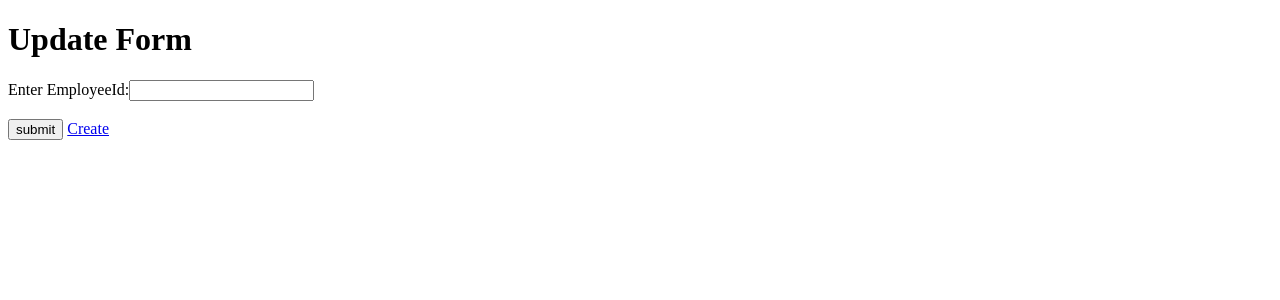
Repository: Mayank-yadav/All-Practise-Codes
Page: http://localhost/jspcrud/Update.jsp
These files come from the project's save history. The page is drawn as it stood at one moment and after the next save; the edit follows.
The browser window is 1280 px wide. The pictures show the whole page.
The page is served by Tomcat 9. Other server files are loaded and not shown.

Above is the page before, as saved 2015-11-30 12:22:49.

### jsp_workspace/jspcrud/WebContent/Update.jsp
<%@ page language="java" contentType="text/html; charset=ISO-8859-1"
    pageEncoding="ISO-8859-1"%>
<!DOCTYPE html PUBLIC "-//W3C//DTD HTML 4.01 Transitional//EN" "http://www.w3.org/TR/html4/loose.dtd">
<html>
<head>
<meta http-equiv="Content-Type" content="text/html; charset=ISO-8859-1">
<title>Insert title here</title>
</head>
<body>
<h1>Update Form</h1>
	<form action="EmployeeServlet" method="get">
			Enter EmployeeId:<input type="text" name="id" /><br />
			<br /> <input type="submit" value="submit" name="action"/>
			<input type="hidden" name="actions" value="search"   />
			<a href="Registration.jsp">Create</a>

		</form>
		<br/>

</body>
</html>

After the next save:
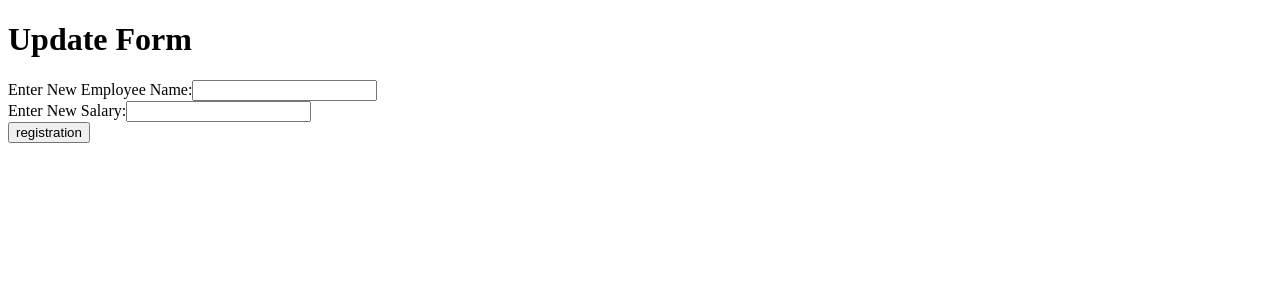
Saved 25 s later.
--- a/jsp_workspace/jspcrud/WebContent/Update.jsp
+++ b/jsp_workspace/jspcrud/WebContent/Update.jsp
@@ -9,13 +9,12 @@
 <body>
 <h1>Update Form</h1>
 	<form action="EmployeeServlet" method="get">
-			Enter EmployeeId:<input type="text" name="id" /><br />
-			<br /> <input type="submit" value="submit" name="action"/>
-			<input type="hidden" name="actions" value="search"   />
-			<a href="Registration.jsp">Create</a>
-
+				Enter New Employee Name:<input type="text" name="name"/>
+				<br/>
+				Enter New Salary:<input type="text" name="salary">
+				<br/>
+				<input type="submit" value="registration" name="action">
 		</form>
-		<br/>
 
 </body>
 </html>
